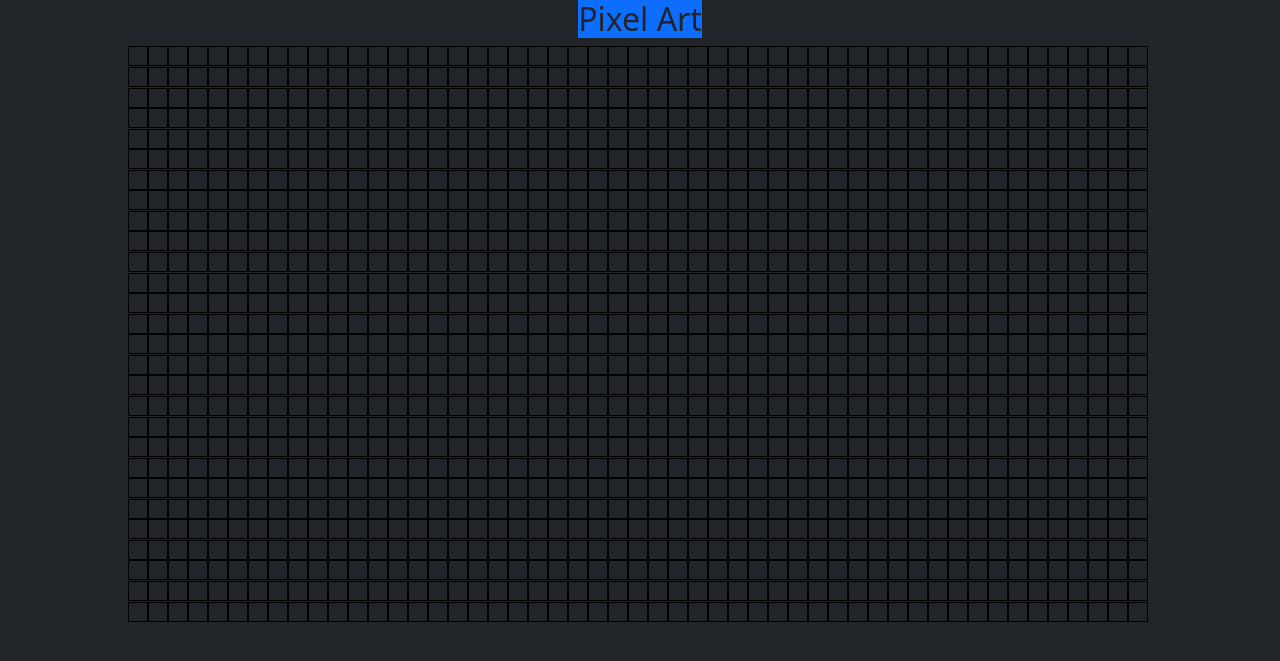
Repository: bechara611/pixelartdb
Page: /
An editor plug-in stored every save of this project. The page is shown before and after the next save, followed by the edit.
The browser window is 1280 px wide. The pictures show the whole page.
The project was rebuilt for these pictures with package versions that can differ from the ones it lists, and the page was loaded fresh each time. Also part of the build but not shown: vite.config.js.

Above is the page before, as saved 2023-03-06 13:50:03.

### src/main.jsx
import React from 'react'
import ReactDOM from 'react-dom/client'
import App from './App'
import 'bootstrap/dist/css/bootstrap.min.css'
import 'bootstrap/dist/js/bootstrap.bundle.js'

ReactDOM.createRoot(document.getElementById('root')).render(

    <App />

)

### src/App.jsx

import { useEffect, useState } from 'react'
import './App.css'
import { SelectableGroup } from 'react-selectable-fast'
import { Pixel } from './Pixel'

const App = () => {
  const [pixels, setPixels] = useState([])
  const [isSelecting, setIsSelecting] = useState(false)
  const [startIndex, setStartIndex] = useState(null)

  useEffect(() => {
    let contenedor = document.getElementById('contenedor')
    let divsAloAlto = Math.floor(contenedor.offsetHeight / 20)
    let divsAlOancho = Math.floor(contenedor.offsetWidth / 20);
    //para saber cuantos divs necesita un contenedor multiplica el numero de divs a lo alto * el numero de divds a lo ancho
    setPixels(Array.from({ length: divsAloAlto * divsAlOancho }, () => { return { active: false, color: 'green' } }))

  }, [])

  const funcionArray = (index) => {
    let nuevoArray = [...pixels]
    nuevoArray[index] = { active: !nuevoArray[index].active, color: 'blue' }
    setPixels(nuevoArray)
  }

  useEffect(() => {
    //console.log({ pixels })
  }, [pixels])

  const onMouseDown = (index) => {
    setIsSelecting(true);
    setStartIndex(index)
    // console.log('onMouseDown')
  }


  const onMouseOver2 = (index) => {
    if (isSelecting) {
      const pixelsupdated = [...pixels]
      pixelsupdated[index] = { ...pixelsupdated[index], active: !pixelsupdated[index].active }

      setPixels(pixelsupdated)

    }
    // console.log('onMouseOver')
  }
  const onMouseUp2 = (index) => {
    setIsSelecting(false)

  }
  return (
    <>
      <div className="bg-dark fondo">
        <div className="contenedor-mayor">
          <h2 className='bg-primary'>Pixel Art</h2>
        </div>

        <div className="contenedor-mayor ">

          <div className="contenedor " id='contenedor'>

            {

              pixels.map((a, index) => {
                return <Pixel key={index}
                  active={a.active}
                  funcion={() => funcionArray(index)}
                  onMouseDown={() => { onMouseDown(index) }}
                  onMouseUp={() => { onMouseUp2(index) }}
                  onMouseOver={() => { onMouseOver2(index) }}
                ></Pixel>
              })

            }

          </div>

        </div>
      </div>
    </>
  )
}

export default App

### src/App.css
.fondo{
  height: 100vh;
}

.contenedor-mayor{

  display: flex;
  flex-direction: row;
  justify-content: center;
  justify-self: center;
  align-items: center;
}

.pixel {
  width: 20px;
  height: 20px;
  border: 1px solid black;

  box-sizing: border-box;

}

.active {
  background: green;
}

.contenedor {
 border-color: aliceblue;
  display: flex;
  flex-direction: row;
  flex-wrap: wrap;
  width: 80vw;
  height: 80vh;
  max-width: 80vw;
  max-height: 80vh;



}

### src/Pixel.jsx
import React, { useState } from 'react'
import './App.css'
import {selectableGroup, createSelectable} from 'react-selectable-fast'
export const Pixel = (props) => {
    const [isActive, setisActive] = useState(false)
  return (

 <div className={`pixel ${props.active ? 'active' : ''}`} style={{ background:props.active ? props.color : ''}}
 onClick={()=>{
    setisActive(!isActive)
    props.funcion();
}}
onMouseDown={()=>{props.onMouseDown()}}
onMouseUp={()=>{props.onMouseUp()}}
onTouchEnd={()=>{props.onMouseUp()}}
onMouseOver={()=>{props.onMouseOver()}}
onTouchStart={()=>{{
    props.onMouseDown()
    props.onMouseOver()}}}
 >

 </div>
  )
}

Loaded but not shown: index.html (common file)

After the next save:
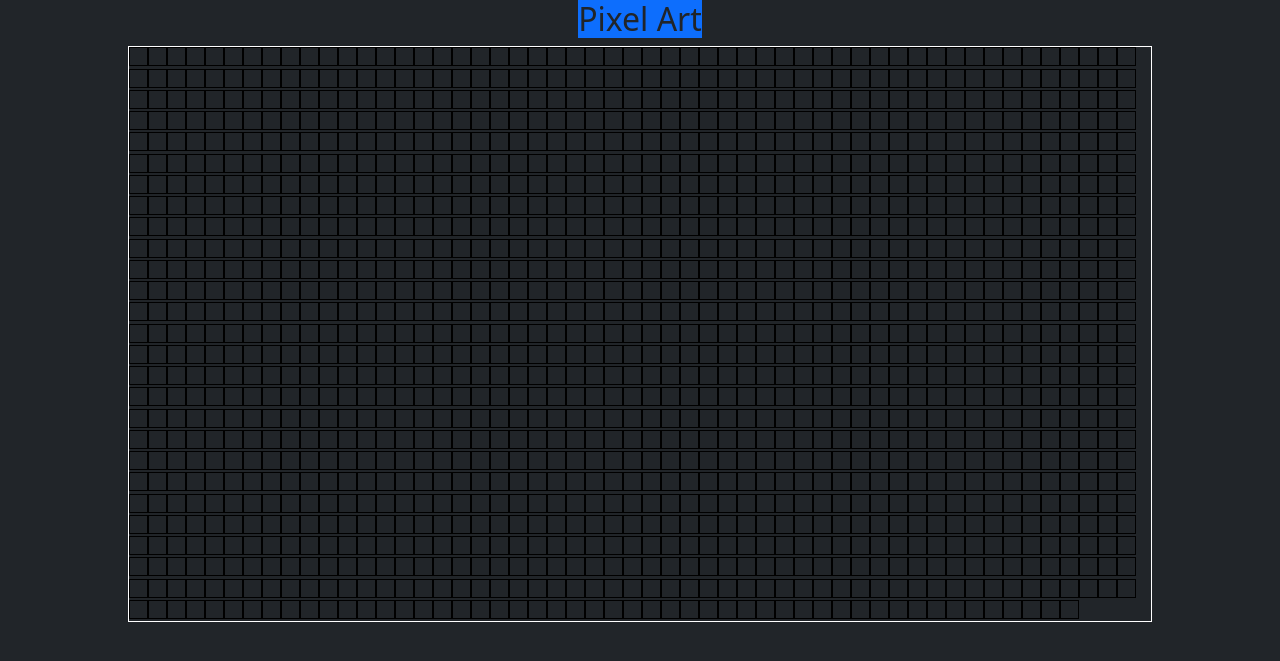
Saved 23 s later.
--- a/src/App.css
+++ b/src/App.css
@@ -12,8 +12,8 @@
 }
 
 .pixel {
-  width: 20px;
-  height: 20px;
+  width: 19px;
+  height: 19px;
   border: 1px solid black;
 
   box-sizing: border-box;
@@ -26,6 +26,7 @@
 
 .contenedor {
  border-color: aliceblue;
+ border: 1px solid white;
   display: flex;
   flex-direction: row;
   flex-wrap: wrap;

After the 3 saves that followed:
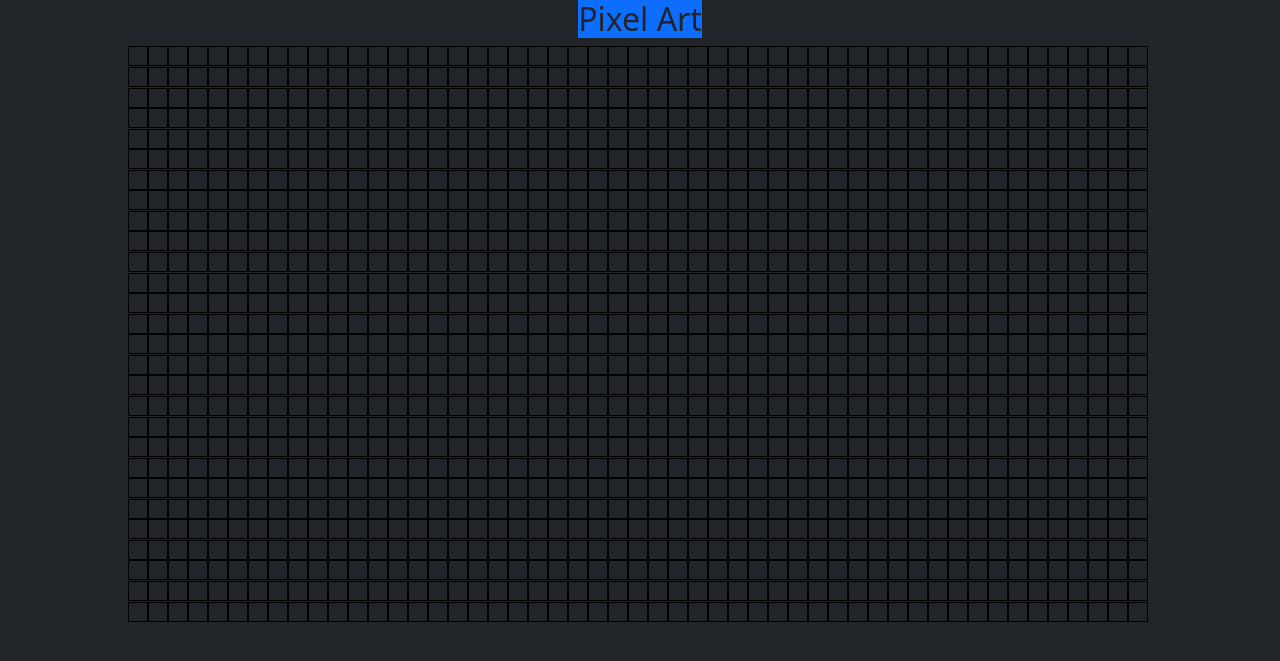
The 3 saves are shown as one change because they came seconds apart.
The last was saved 18 s later.
--- a/src/App.css
+++ b/src/App.css
@@ -3,7 +3,6 @@
 }
 
 .contenedor-mayor{
-
   display: flex;
   flex-direction: row;
   justify-content: center;
@@ -12,8 +11,8 @@
 }
 
 .pixel {
-  width: 19px;
-  height: 19px;
+  width: 20px;
+  height: 20px;
   border: 1px solid black;
 
   box-sizing: border-box;
@@ -25,8 +24,7 @@
 }
 
 .contenedor {
- border-color: aliceblue;
- border: 1px solid white;
+
   display: flex;
   flex-direction: row;
   flex-wrap: wrap;
